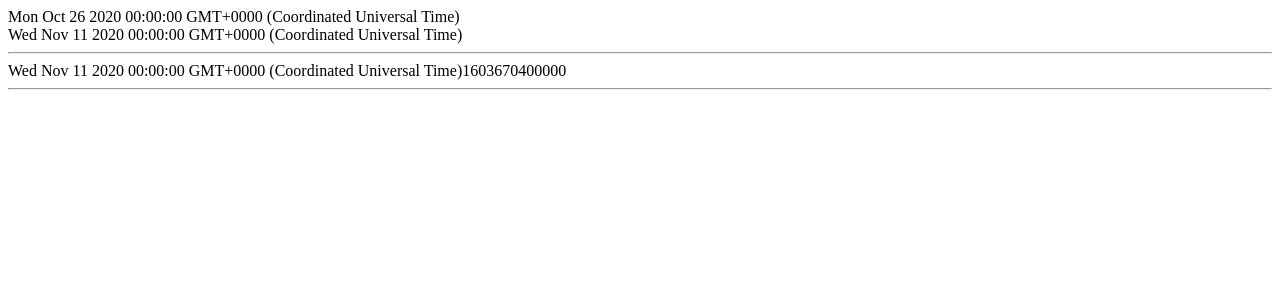
Repository: TeoNogueira/Aulas-Udemy-DevFull-Stack-Por-Jamilton-Damasceno-e-Jorge-Sant-Ana-
Page: public_project/JavaScript/function_native_datas.html
An editor plug-in stored every save of this project. The page is shown before and after the next save, followed by the edit.
The browser window is 1280 px wide. The pictures show the whole page.

Above is the page before, as saved 2020-10-26 20:00:52.

### public_project/JavaScript/function_native_datas.html
<!DOCTYPE html>
<html lang="PT_BR">
<head>
    <meta charset="UTF-8">
    <meta name="viewport" content="width=device-width, initial-scale=1.0">
    <title>Desafio</title>


    <script class="">

   //     var data = new Date()

   //  document.write(data.getDate())

   //var data = new Date()
// document.write(data.getDate() + '/' + (data.getMonth() + 1 + '/' + data.getFullYear()))

 // adicionar / remover dias

/*
 var data = new Date()

document.write(data.toString())

data.setDate(data.getDate() + 1) // adicionando dias para a data atual

document.write('<hr />')

document.write(data.toString())

document.write('<br />' + '<br />' + '<br />')
// --------------x-----------x-------------x----------------------------------------------------------------




var data = new Date()

document.write(data.toString())

data.setMonth(data.getMonth() + 2) // adicionando meses para a data atual

document.write('<hr />')

document.write(data.toString())

document.write('<br />' + '<br />' + '<br />')
//----------x-----------------------------------------------x----------------------------------x



var data = new Date()

document.write(data.toString())

data.setFullYear(data.getFullYear() + 1) // adicionando dias para a data atual

document.write('<hr />')

document.write(data.toString())

document.write('<br />' + '<br />' + '<br />')
// --------------x-----------x-------------x----------------------------------------------------------------


*/

// 26/10/2020

var data1 = new Date(2020, 9, 26)



// 11/11/2020

var data2 = new Date(2020, 10, 11)


document.write(data1.toString()+ '<br />')
document.write(data2.toString())

document.write('<hr />')
document.write(data2.toString())
// converter datas para algo que possamos calcular ----------------

document.write(data1.getTime()) // getTime() puxa o os milissegundos
document.write('<hr />')



           </script>



</head>
<body>



  <!----  <script src="./scripts/desafio.js"></script>-- >
</body>
</html>

After the next save:
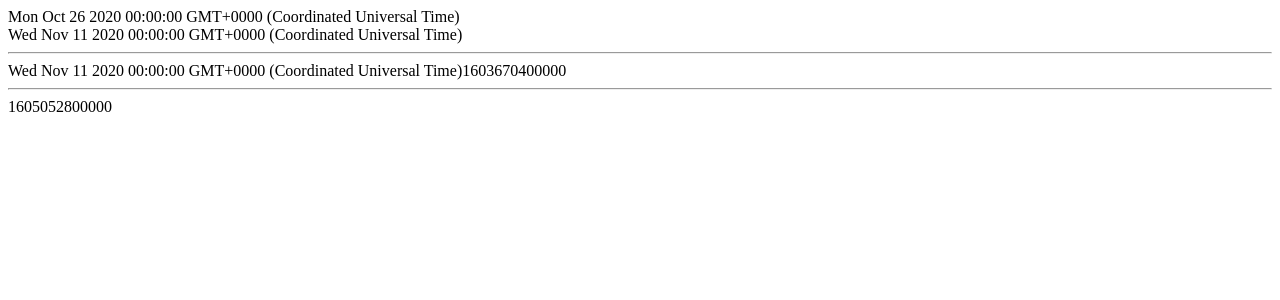
Saved 15 s later.
--- a/public_project/JavaScript/function_native_datas.html
+++ b/public_project/JavaScript/function_native_datas.html
@@ -85,7 +85,7 @@ document.write(data2.toString())
 
 document.write(data1.getTime()) // getTime() puxa o os milissegundos
 document.write('<hr />')
-
+document.write(data2.getTime())
 
 
            </script>
